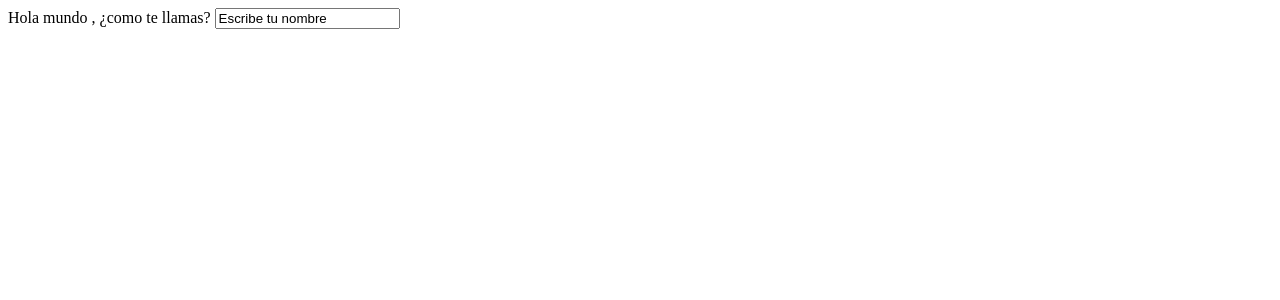
Repository: josevazquez99/DesarrolloWebEnEntornoServidor
Page: HolaMundo/src/main/webapp/Index.html
An editor plug-in stored every save of this project. The page is shown before and after the next save, followed by the edit.
The browser window is 1280 px wide. The pictures show the whole page.

Above is the page before, as saved 2023-09-22 07:54:18.

### HolaMundo/src/main/webapp/Index.html
<!DOCTYPE html>
<html>
<head>
<meta charset="UTF-8">
<title>Insert title here</title>
</head>
<body>
Hola mundo , ¿como te llamas?

<input name="ingresatexto" type="text" value="Escribe tu nombre" />



</body>
</html>

After the next save:
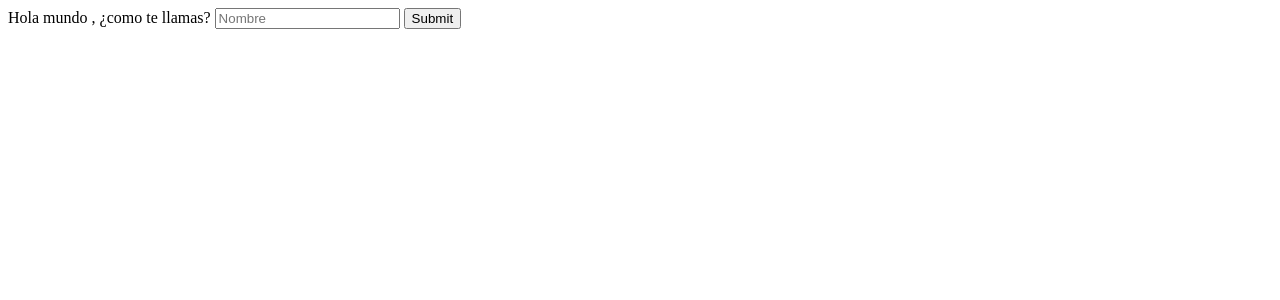
Saved 75 s later.
--- a/HolaMundo/src/main/webapp/Index.html
+++ b/HolaMundo/src/main/webapp/Index.html
@@ -7,7 +7,8 @@
 <body>
 Hola mundo , ¿como te llamas?
 
-<input name="ingresatexto" type="text" value="Escribe tu nombre" />
+<input type="text" placeholder="Nombre" />
+<input type="submit" placeholder="Enviar" />
 
 
 
